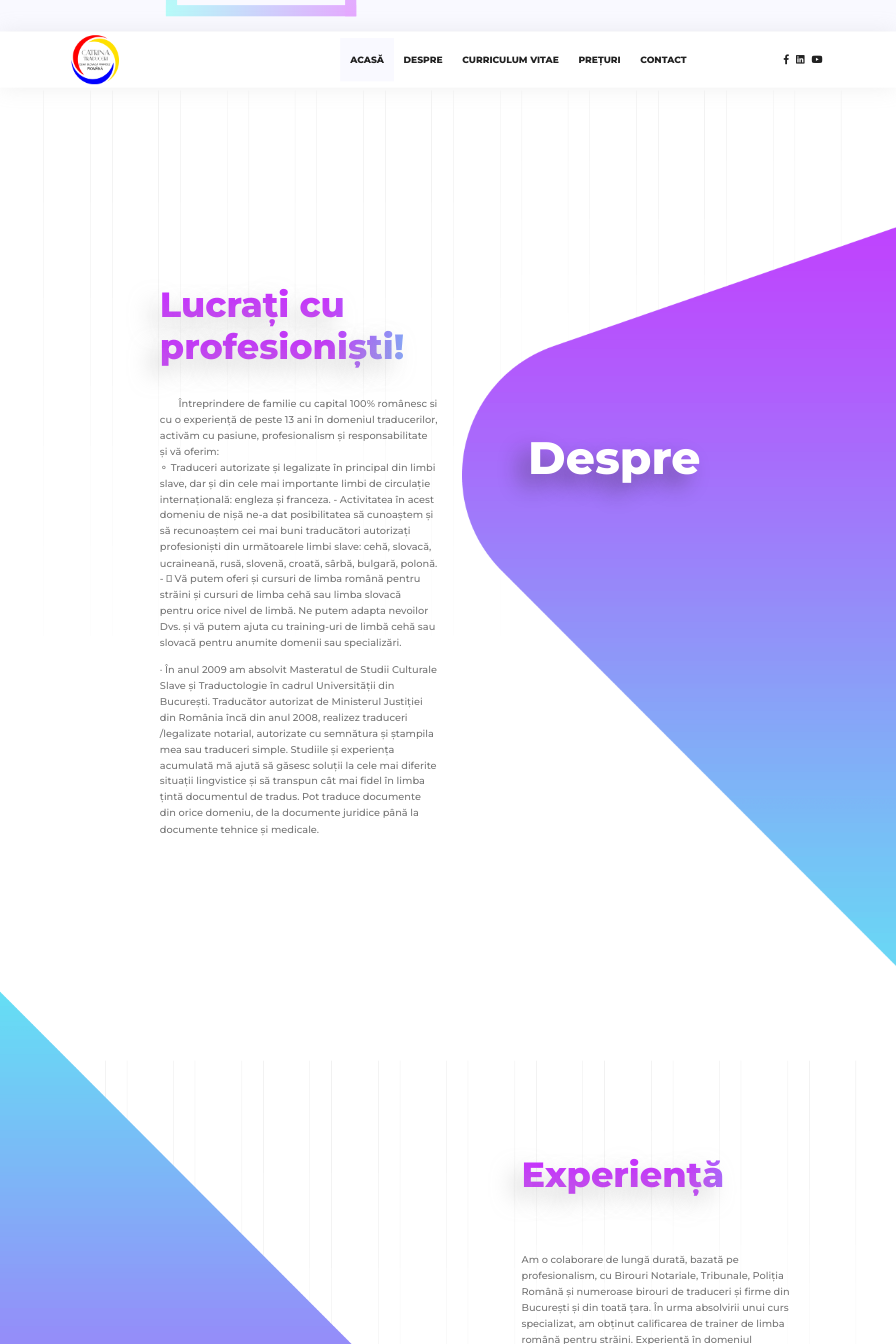
Repository: roscaImarius/site_traduceri
Page: index.html
The author's editor kept a copy of each file at every save. The page is drawn from the files as they stood at one save, then again after the next save.
The browser window is 1280 px wide. The pictures show the part of the page from y = 566 to 2486 px (the page is 7580 px tall), at 70% of full size.

Above is the page before, as saved 2022-03-17 14:59:21.

After the next save:
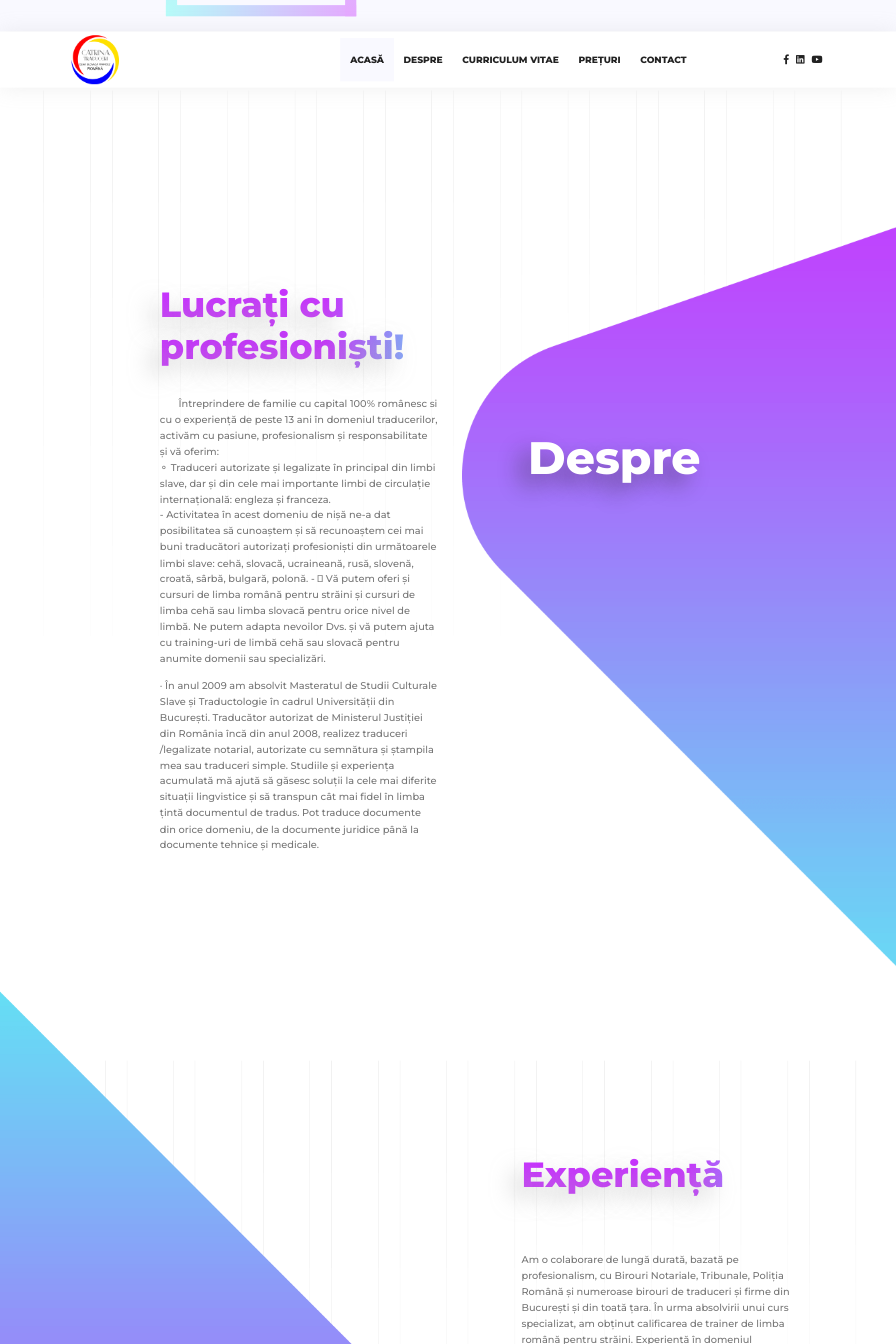
Saved 52 s later.
--- a/index.html
+++ b/index.html
@@ -139,7 +139,7 @@
               pasiune, profesionalism și responsabilitate și vă oferim: <br />
               &#9900; Traduceri autorizate și legalizate în principal din limbi
               slave, dar și din cele mai importante limbi de circulație
-              internațională: engleza și franceza. - Activitatea în acest
+              internațională: engleza și franceza. <br />- Activitatea în acest
               domeniu de nișă ne-a dat posibilitatea să cunoaștem și să
               recunoaștem cei mai buni traducători autorizați profesioniști din
               următoarele limbi slave: cehă, slovacă, ucraineană, rusă, slovenă,
